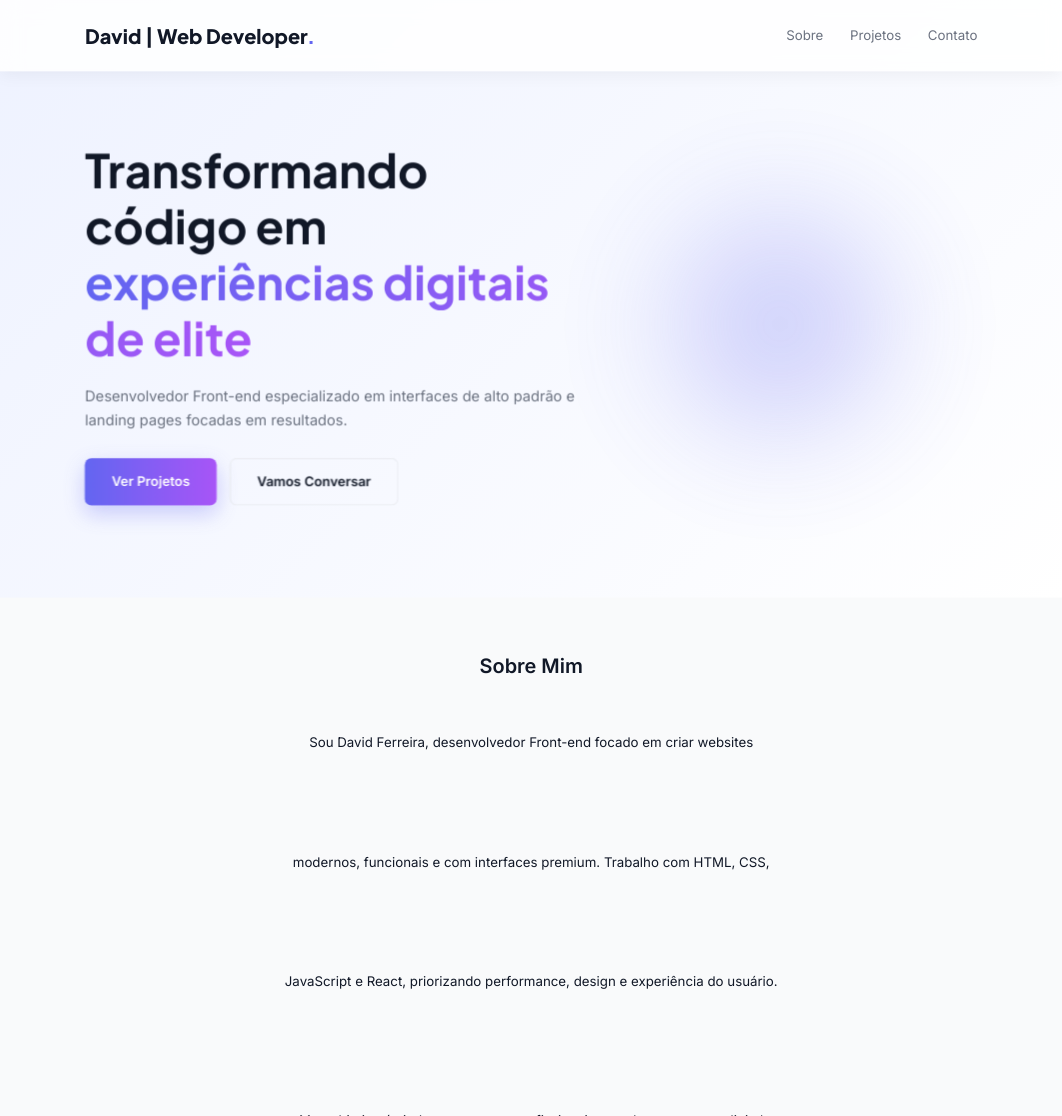
Repository: davidfsillva/David_Ferreira
Page: index.html
The author's editor kept a copy of each file at every save. The page is drawn from the files as they stood at one save, then again after a run of saves.
The browser window is 1280 px wide. The pictures show the part of the page from y = 0 to 1344 px (the page is 3238 px tall before and 2670 px after), at 83% of full size.
Pictures or frames that could not be fetched are drawn as grey boxes.

Above is the page before, as saved 2026-02-11 11:58:13.
Console error: TypeError: Cannot read properties of null (reading 'addEventListener')

After the next 2 saves:
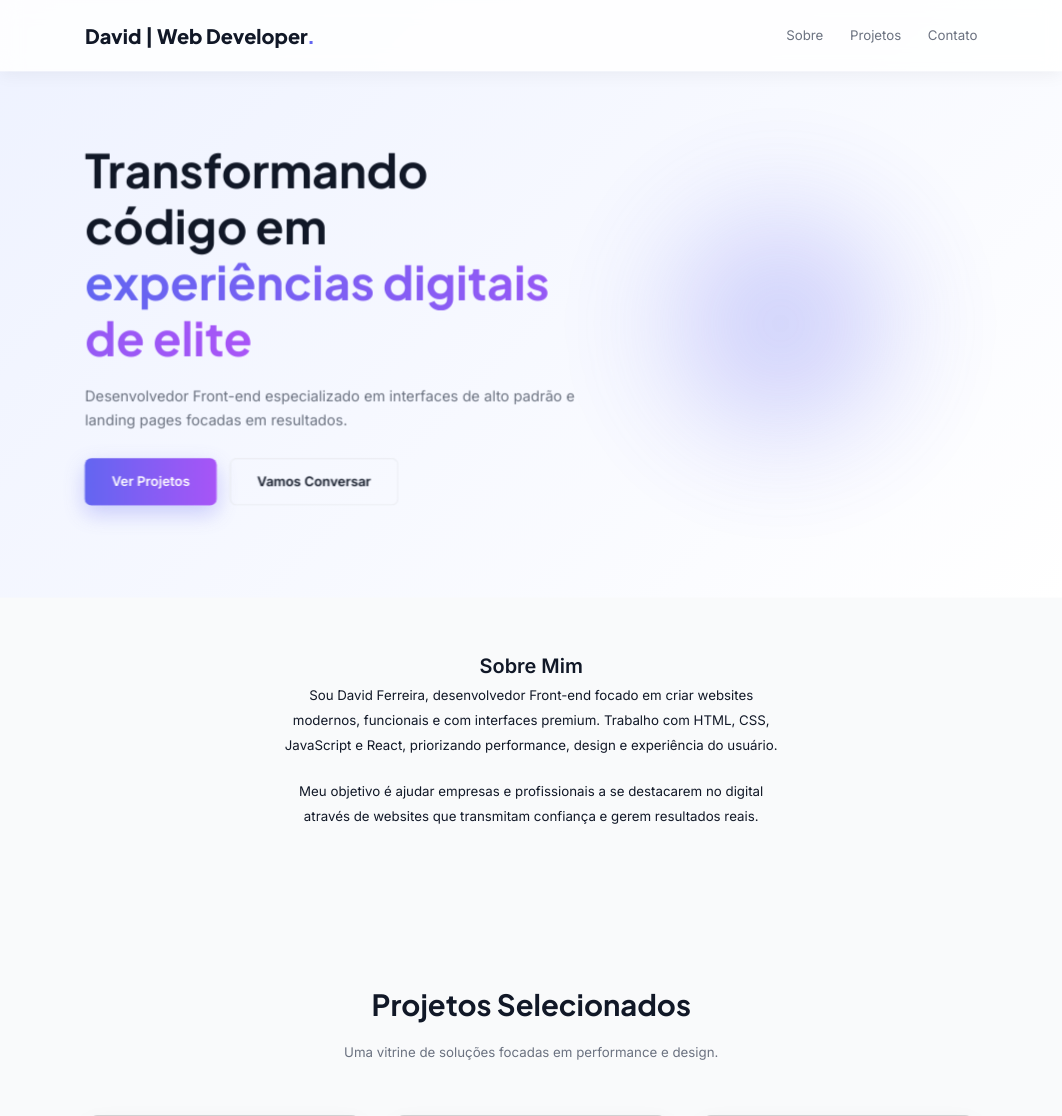
The 2 saves are shown as one change because they came seconds apart.
The last was saved 6 s later.
--- a/style.css
+++ b/style.css
@@ -214,7 +214,7 @@ body {
 
 #about p {
   margin-bottom: 1.5rem;   /* espaçamento entre parágrafos */
-  line-height: 9;        /* deixa a leitura mais confortável */
+  line-height: 1.9;        /* deixa a leitura mais confortável */
 }
 
 
